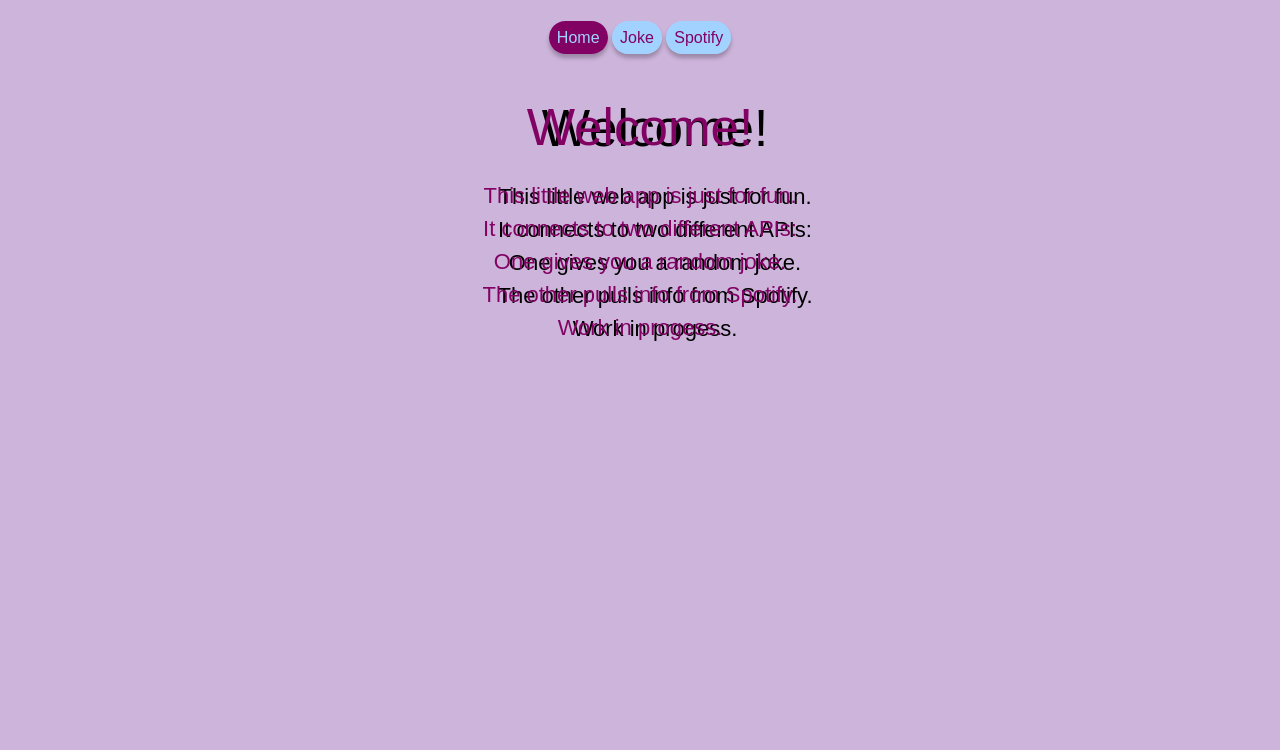
Repository: rosieomusic/spotify-react
Page: /
An editor plug-in stored every save of this project. The page is shown before and after the next save, followed by the edit.
The browser window is 1280 px wide. The pictures show the whole page.
Some web fonts or font styles are not loaded; a fallback is used. The project was rebuilt for these pictures with package versions that can differ from the ones it lists, and the page was loaded fresh each time. Settings that the repository does not hold, such as keys and server addresses, were given made-up values. Also part of the build but not shown: vite.config.js, src/services/SpotifyService.js, src/components/AlbumComponent.jsx, src/pages/SpotifyPage.jsx, src/services/JokeService.js, src/pages/JokePage.jsx.

Above is the page before, as saved 2025-05-23 00:04:50.

### index.html
<!DOCTYPE html>
<html lang="en">
	<head>
		<meta charset="UTF-8" />

		<meta
			name="viewport"
			content="width=device-width, initial-scale=1.0"
		/>
		<link
			rel="preconnect"
			href="https://fonts.googleapis.com"
		/>
		<link
			rel="preconnect"
			href="https://fonts.gstatic.com"
			crossorigin
		/>
		<link
			href="https://fonts.googleapis.com/css2?family=Jersey+10&display=swap"
			rel="stylesheet"
		/>
		<title>Joke and Spotify API</title>
	</head>
	<body>
		<div id="root"></div>
		<script
			type="module"
			src="/src/main.jsx"
		></script>
	</body>
</html>

### src/index.css
:root {
	font-family: system-ui, Avenir, Helvetica, Arial, sans-serif;
	line-height: 1.5;
	font-weight: 400;
	color: black;
	background-color: white;
	font-synthesis: none;
	text-rendering: optimizeLegibility;
	-webkit-font-smoothing: antialiased;
	-moz-osx-font-smoothing: grayscale;
}

h1 {
	font-size: 3.2em;
	line-height: 1.1;
}

### src/App.jsx
import './App.css';
import { HashRouter, Routes, Route, NavLink } from 'react-router-dom';

import HomePage from './pages/HomePage';
import SpotifyPage from './pages/SpotifyPage';
import JokePage from './pages/JokePage';

function App() {
	return (
		<HashRouter>
			<div id='app-container'>
				<nav>
					<NavLink
						to='/'
						className={({ isActive }) =>
							isActive ? 'nav-link active' : 'nav-link'
						}
					>
						Home
					</NavLink>{' '}
					<NavLink
						to='/joke'
						className={({ isActive }) =>
							isActive ? 'nav-link active' : 'nav-link'
						}
					>
						Joke
					</NavLink>{' '}
					<NavLink
						to='/spotify'
						className={({ isActive }) =>
							isActive ? 'nav-link active' : 'nav-link'
						}
					>
						Spotify
					</NavLink>
				</nav>

				<main>
					<Routes>
						<Route
							path='/'
							element={<HomePage />}
						/>
						<Route
							path='/joke'
							element={<JokePage />}
						/>
						<Route
							path='/spotify'
							element={<SpotifyPage />}
						/>
					</Routes>
				</main>
			</div>
		</HashRouter>
	);
}

export default App;

### src/App.css
html,
body {
	margin: 0;
	padding: 0;
	background-color: #cdb4db;
	box-sizing: border-box;
	font-family: 'Jersey 10', sans-serif;
	color: #820263;
	margin-bottom: 20px;
	padding-inline-start: 0;
	word-wrap: break-word;
	overflow-wrap: break-word;
}
body {
	margin-top: 10px;
	overflow-x: hidden;
}
:root {
	background-color: #cdb4db;
	margin: 0;
}
#root {
	width: 100%;
	height: 100%;
	margin: 0 auto;
	display: flex;
	justify-content: center;
	align-items: center;
	text-align: center;
	background-color: #cdb4db;
}
.spotify-wrapper {
	width: 100%;
	min-width: 100vw;
	min-height: 100vh;
	background-color: #cdb4db;
	display: flex;
	justify-content: center;
	align-items: flex-start;
}
#jokes {
	border: 5px dotted #820263;
	padding: 20px;
	box-sizing: border-box;
	margin: 20px;
}

#app-container {
	display: flex;
	flex-direction: column;
	min-height: 100vh;
	flex-grow: 1;
}
.spotify-page {
	flex-grow: 1;
	height: 100%;
	width: 100%;
	display: flex;
	flex-direction: column;
	align-items: center;
	background-color: #cdb4db;
	padding-bottom: 4rem;
}

button {
	font-family: 'Jersey 10', sans-serif;
	background-color: #a2d2ff;
	border: none;
	margin-top: 20px;
	transition: box-shadow 200ms ease-in-out, transform 200ms ease-in-out;
	box-shadow: 0 4px 4px rgba(0, 0, 0, 0.25);
	cursor: pointer;
	outline: none;
	transition: border-color 0.25s;
	transform: scale(1);
	transform-origin: center;
	padding: 0.6em 1.2em;
	font-size: 1.1em;
	font-weight: 500;
	border-radius: 30px;
	color: #820263;
	margin-bottom: 20px;
}
button:focus {
	border: none;
	outline: none;
}
button:hover {
	transform: scale(1.05);
	box-shadow: 0 2x 2px rgba(0, 0, 0, 0.25);
}
h1,
p {
	font-weight: 100;
	justify-self: center;
	text-align: center;
	align-self: center;
	margin-bottom: 20px;
	text-shadow: black 15px 1px;
}
li {
	list-style-type: none;
	line-height: normal;
	white-space: normal;
	word-break: break-word;

	margin-top: 0;
}
h2 {
	font-size: 2em;
	text-align: center;
	padding-left: 1em;
	padding-right: 1em;
}
p {
	font-size: 22px;
}
h3 {
	font-size: 2em;
	padding: 0;
	margin: 0;
}
label {
	font-size: 1.5em;
}
#track {
	margin: 3px;
}

nav {
	text-align: center;
	margin-top: 1rem;
}

.info {
	text-align: left;
	font-size: 40px;
	line-height: normal;
	display: block;
}
.bandImg {
	width: 100%;
	display: block;
	max-width: 100%;
	border-radius: 70%;
	padding: 1em;
}
.bandImg,
.albumImg {
	margin: 0 auto;

	height: auto;
}

.albumImg {
	width: 100%;
	max-width: 100%;
	display: block;
}
a {
	text-decoration: none;
	color: #820263;
	background-color: #a2d2ff;
	border-radius: 30px;
	padding: 0.5em;
	box-shadow: 0 4px 4px rgba(0, 0, 0, 0.25);
}
.link {
	background-color: #cdb4db;
}
.nav-link.active {
	text-decoration: none;
	color: #a2d2ff;
	background-color: #820263;
}
.nav-link:hover {
	text-decoration: none;
	color: #a2d2ff;
	background-color: #820263;
}
main {
	display: flex;
	flex-direction: column;
	justify-content: center;
	align-items: center;
	text-align: center;
	height: 100%;
	box-sizing: border-box;

	padding-top: 1rem;
}
input {
	margin-top: 10px;
	border: none;
	padding: 0.5em;
	border-radius: 30px;
	font-family: 'Jersey 10', sans-serif;
	font-size: 18px;
	font-weight: 100;
	color: #645394;
	box-shadow: 0 4px 4px rgba(0, 0, 0, 0.25);
}
input:focus {
	border: none;
	outline: none;
}
footer {
	background-color: #cdb4db;
	border: 1px solid #820263;
	border-left: none;
	border-right: none;
}
ol {
	margin: 20px;
	font-size: 28px;
	font-weight: 400;
	text-align: left;
	padding-left: 0;
	height: auto;
}
#track-link {
	background-color: #cdb4db;
	cursor: pointer;
	overflow: hidden;
}
.top-tracks {
	border: 5px dotted #820263;

	justify-self: center;
}
a#track-link {
	padding: 0;
	margin: 0;
}
p#track:hover {
	color: white;
}
@media screen and (max-width: 768px) {
	.bandImg {
		max-width: 90%;
	}
	.albumImg {
		max-width: 90%;
	}
	h2 {
		font-size: 1em;
	}
	.info {
		font-size: 2em;
	}
	ol {
		word-wrap: break-word;
	}
	li {
		font-size: 1em;
		word-break: break-word;
		white-space: normal;
	}
}

### src/pages/HomePage.jsx
import React from 'react';

export default function HomePage() {
	return (
		<div>
			<h1>Welcome!</h1>
			<p>
				This little web app is just for fun. <br />
				It connects to two different APIs: <br />
				One gives you a random joke.
				<br />
				The other pulls info from Spotify.
				<br />
				Work in progess.
			</p>
		</div>
	);
}

Loaded but not shown: src/main.jsx (common file)

After the next save:
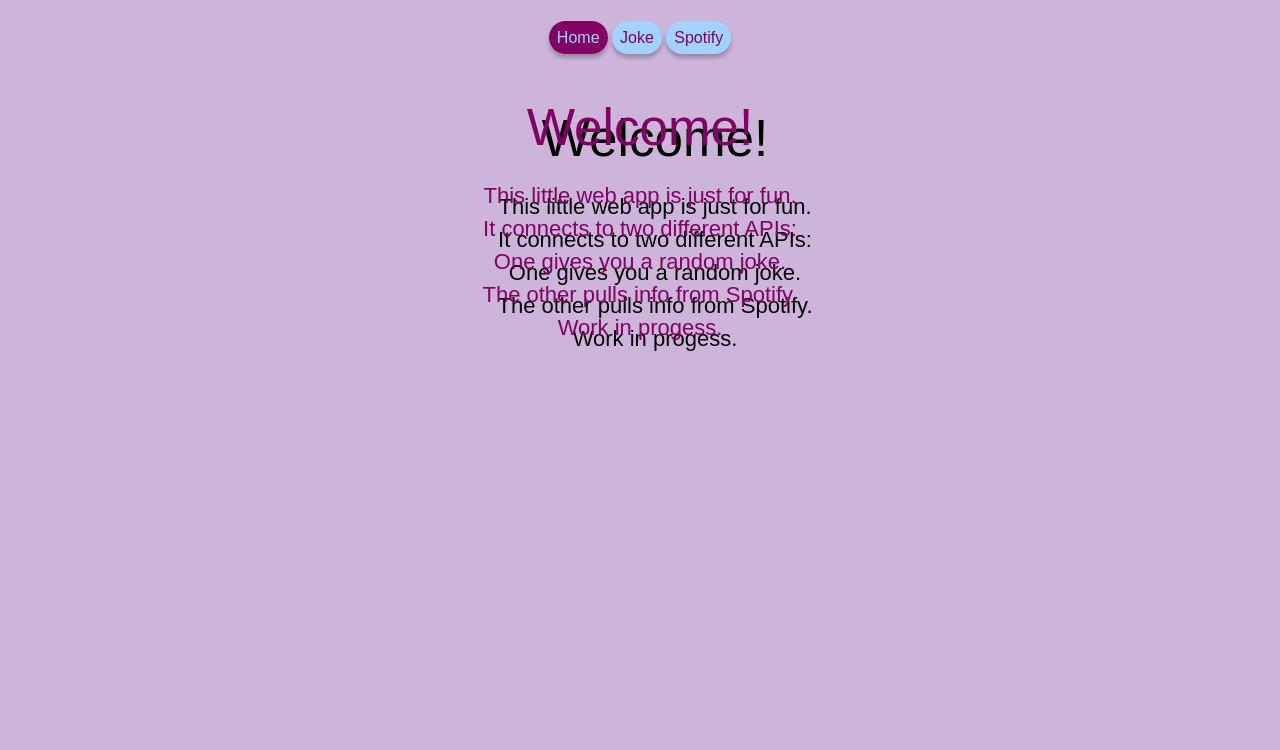
Saved 5 s later.
--- a/src/App.css
+++ b/src/App.css
@@ -96,7 +96,7 @@ p {
 	text-align: center;
 	align-self: center;
 	margin-bottom: 20px;
-	text-shadow: black 15px 1px;
+	text-shadow: black 15px 11px;
 }
 li {
 	list-style-type: none;
